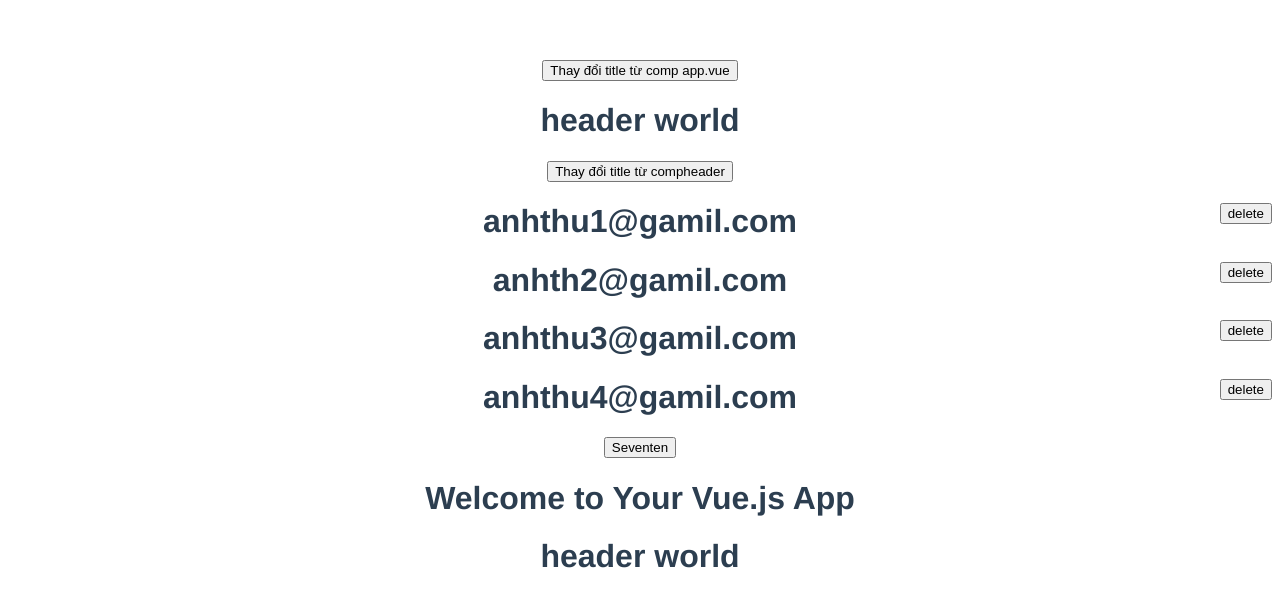
Repository: anhthu112/Todo-list
Page: /
An editor plug-in stored every save of this project. The page is shown before and after the next save, followed by the edit.
The browser window is 1280 px wide. The pictures show the whole page.
The project was rebuilt for these pictures with package versions that can differ from the ones it lists, and the page was loaded fresh each time. Also part of the build but not shown: vue.config.js.

Above is the page before, as saved 2024-01-24 15:59:46.

### src/App.vue
<template>
  <div class="container">
    <button v-on:click="title='Yoon Jeonghan'">Thay đổi title từ comp app.vue</button>
    <CompHeader v-bind:titles="title"/>
    <ListUser v-bind:listUser="listUser" v-bind:text="text"/>
    <HelloWorld msg="Welcome to Your Vue.js App"/>
    <ComFooter v-bind:title="title"/>
    <!-- <DemoRef/>  -->
    <!-- <> -->
  </div>

</template>

<script>
import HelloWorld from './components/HelloWorld.vue'
import CompHeader from './components/CompHeader.vue';
import ComFooter from './components/ComFooter.vue';
import ListUser from './components/ListUser.vue';
// import DemoRef from './components/DemoRef.vue';
export default {
  name: 'App',
  data(){
    return {
      title:'header world',
      listUser : [
        {id:1000, email:'anhthu1@gamil.com', active: true},
        {id:1001, email:'anhth2@gamil.com', active: true},
        {id:1002, email:'anhthu3@gamil.com', active: true},
        {id:1003, email:'anhthu4@gamil.com', active: false}
      ],
      text: "Seventen",
    }
  },
  components: {
    HelloWorld,
    CompHeader,
    ComFooter,
    ListUser
},
  methods:{
    handleChangeTitle(){
      this.title='title do header doi';
      console.log('sucess');
    }
  }
}
</script>

<style>
#app {
  font-family: Avenir, Helvetica, Arial, sans-serif;
  -webkit-font-smoothing: antialiased;
  -moz-osx-font-smoothing: grayscale;
  text-align: center;
  color: #2c3e50;
  margin-top: 60px;
}
</style>

### src/components/CompHeader.vue
<template>
    <header>
        <h1>{{ titles }}</h1>
    </header>
    <button v-on:click="changeHeader">Thay đổi title từ compheader</button>
</template>
<script>
    export default{
        name: 'comp-header',
        props:{
            titles: String,
        },
        data (){
            return {
            }
        },
        methods:{
        }
    }
</script>

### src/components/ComFooter.vue
<template>
    <footer>
            <h1>{{ title }}</h1>
    </footer>

</template>
<script>
    export default{
        name: 'comp-footer',
        props: {
            title: String,
        }
    }
</script>

### src/components/ListUser.vue
<template>
    <div class="list-user">
      <User v-for="users in listUser" v-bind:key="users.id" v-bind:user="users" />
      <button> {{ text }}</button>
    </div>
</template>

  <script>
  import User from './User.vue';
  export default {
    name: 'ListUser',
    props: {
      listUser: {
        type: Array,
      },
      text: {
        type: String,
      }
    },
    components: {
      User,
    },
  };
  </script>

### src/components/User.vue
<template>
    <div class="user">
        <h1>{{ user.email }}</h1>
        <button class="delete"
        v-on:click="handleDelete"
        >delete</button>
    </div>
</template>
<script>
    export default {
        name: 'userComponent',
        props:{
            user : {
                type: Object,
            }
        },
        methods:{
            handleDelete(e){
                console.log(e);
            }
        },
        data (){
            return {

            }
        }
    }
</script>
<style>
    .user{
        position: relative;
    }
    .delete{
        position: absolute;
        top:0;
        right:0;
    }
</style>

Loaded but not shown: public/index.html (common file); src/main.js (common file); src/components/HelloWorld.vue (common file)

After the next save:
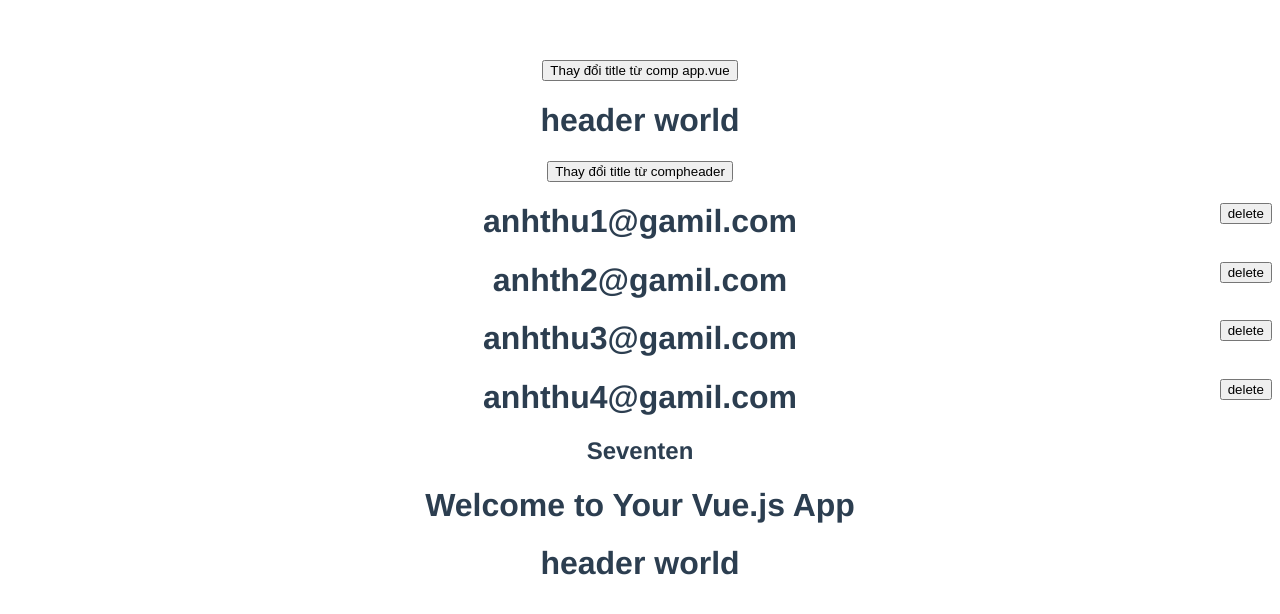
Saved 9 s later.
--- a/src/components/ListUser.vue
+++ b/src/components/ListUser.vue
@@ -1,7 +1,7 @@
 <template>
     <div class="list-user">
       <User v-for="users in listUser" v-bind:key="users.id" v-bind:user="users" />
-      <button> {{ text }}</button>
+      <h2> {{ text }}</h2>
     </div>
 </template>
 
